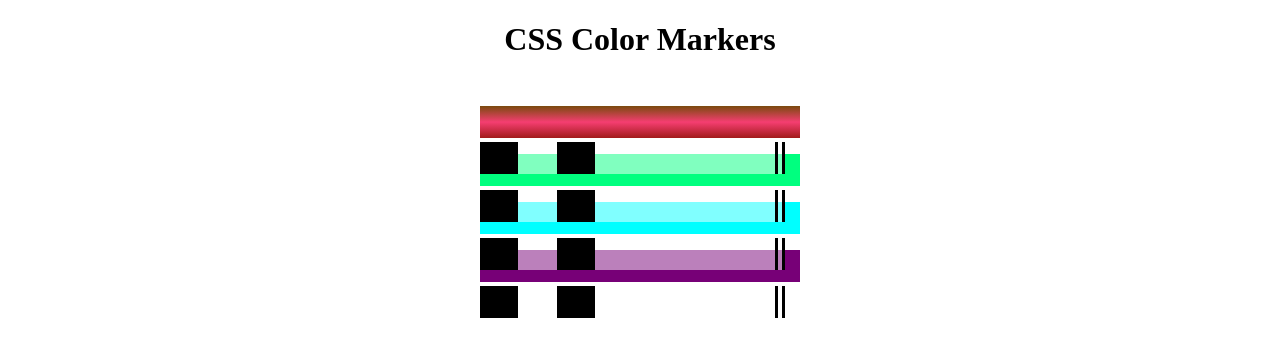
Repository: Lungdjos/color_markers
Page: index.html
The author's editor kept a copy of each file at every save. The page is drawn from the files as they stood at one save, then again after the next save.
The browser window is 1280 px wide. The pictures show the whole page.

Above is the page before, as saved 2023-09-28 11:01:14.

### index.html
<!DOCTYPE html>
<html lang="en">

<head>
    <meta charset="UTF-8">
    <meta name="viewport" content="width=device-width, initial-scale=1.0">
    <title>Colored Markers</title>
    <link rel="stylesheet" href="styles.css">
</head>

<body>
    <h1>CSS Color Markers</h1>
    <div class="container">
        <div class="marker orange">
            <div class="cap"></div>
            <div class="sleeve"></div>
        </div>
        <div class="marker green">
            <div class="cap"></div>
            <div class="sleeve"></div>
        </div>
        <div class="marker cyan">
            <div class="cap"></div>
            <div class="sleeve"></div>
        </div>
        <div class="marker purple">
            <div class="cap"></div>
            <div class="sleeve"></div>
        </div>
    </div>
</body>

</html>

### styles.css
/* STYLING */

h1 {
    text-align: center;
}

.marker {
    /* background-color: red; */
    width: 320px;
    height: 32px;
    margin: 16px auto;
}

.orange {
    background: linear-gradient(rgb(122, 74, 14), rgb(245, 62, 113), rgb(162, 27, 27));
}

.green {
    background-color: rgb(0, 255, 127);
}

.cyan {
    background-color: #00ffff;
}

.purple {
    background-color: #707;
}

.container {
    background-color: hsl(255, 100%, 100%);
    margin: auto;
    padding: 10px 0px;
}

.sleeve {
    width: 180px;
    height: 32px;
    background-color: rgba(255, 255, 255, 0.5);
    border-left: 115px double black;
    border-right: 10px double black;
}

.cap {
    width: 100px;
    height: 32px;
}

.cap,
.sleeve {
    display: inline-block;
}

After the next save:
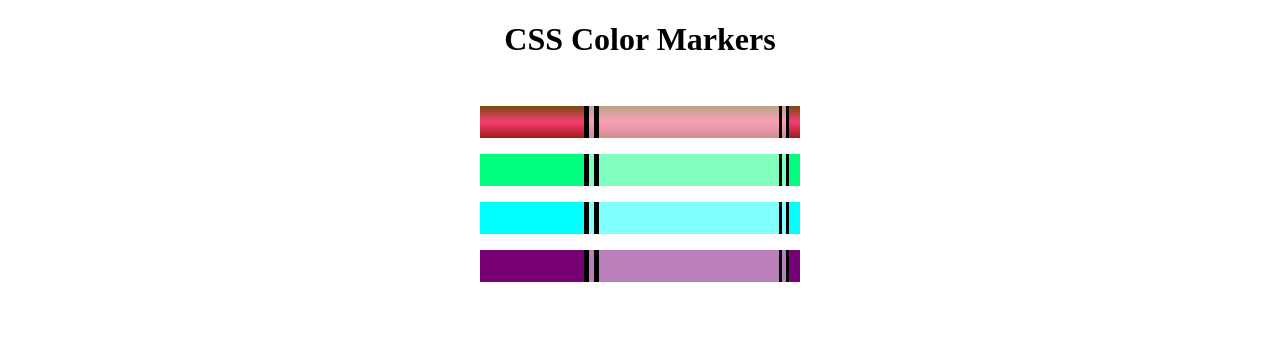
Saved 13 s later.
--- a/styles.css
+++ b/styles.css
@@ -37,7 +37,7 @@ h1 {
     width: 180px;
     height: 32px;
     background-color: rgba(255, 255, 255, 0.5);
-    border-left: 115px double black;
+    border-left: 15px double black;
     border-right: 10px double black;
 }
 
